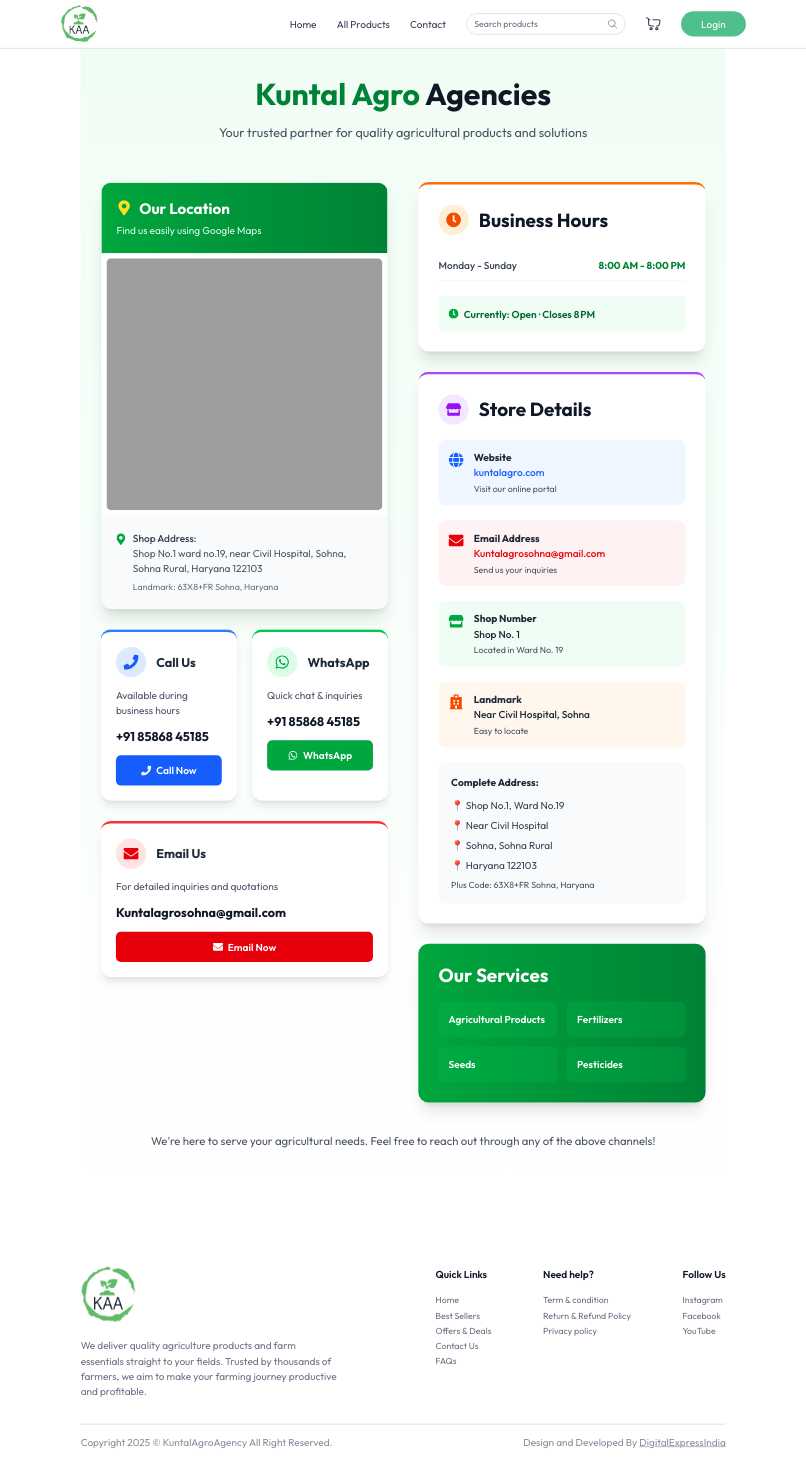
Repository: deepak445566/agro
Page: /contact (app in client/)
These files come from the project's save history. The page is drawn as it stood at one moment and after the next save; the edit follows.
The browser window is 1280 px wide. The pictures show the whole page, at 63% of full size.
Pictures or frames that could not be fetched are drawn as grey boxes. The page's requests for data from a server got no answer. Some web fonts or font styles are not loaded; a fallback is used. The project was rebuilt for these pictures with package versions that can differ from the ones it lists, and the page was loaded fresh each time. No one was signed in, and anything a server would have sent is missing. Also part of the build but not shown: client/vite.config.js, client/src/components/MainBanner.jsx, client/src/components/ProductCard.jsx, client/src/components/BestSeller.jsx, client/src/components/BottomBanner.jsx, client/src/components/NewsLetter.jsx, client/src/components/OurStory.jsx, client/src/components/Reviews.jsx and 19 more.

Above is the page before, as saved 2025-12-23 13:35:57.

### client/index.html
<!doctype html>
<html lang="en">
  <head>
    <meta charset="UTF-8" />
    <link rel="icon" type="image/svg+xml" href="/logo1.png" />
    <meta name="viewport" content="width=device-width, initial-scale=1.0" />
    <title>Kuntal Agro Agencies</title>
  </head>
  <body>
    <div id="root"></div>
    <script type="module" src="/src/main.jsx"></script>
  </body>
</html>

### client/src/main.jsx
import { StrictMode } from 'react'
import { createRoot } from 'react-dom/client'
import './index.css'
import App from './App.jsx'
import {BrowserRouter} from 'react-router-dom'
import { AppContextProvider } from './context/AppContext.jsx'


createRoot(document.getElementById('root')).render(
  <BrowserRouter>
  <AppContextProvider>
    <App />
    </AppContextProvider>
 </BrowserRouter>,
)

### client/src/index.css



@import url('https://fonts.googleapis.com/css2?family=Anton&family=Archivo+Black&family=Bebas+Neue&family=Bungee&family=Exo+2:ital,wght@0,100..900;1,100..900&family=Frijole&family=Kaushan+Script&family=Lilita+One&family=Mozilla+Headline:wght@200..700&family=Outfit:wght@100..900&family=Poppins:ital,wght@0,100;0,200;0,300;0,400;0,500;0,600;0,700;0,800;0,900;1,100;1,200;1,300;1,500;1,600;1,700;1,800;1,900&family=Rowdies:wght@300;400;700&family=Signika+Negative:wght@300..700&display=swap');

@import "tailwindcss";

*{
  font-family: "Outfit", sans-serif;
}
@theme {
  --color-primary:#4fbf8b;
  --color-primary-dull: #44ae7c;
}
/* ખાસ modal transitions */
.modal-enter {
  opacity: 0;
  transform: scale(0.9);
}

.modal-enter-active {
  opacity: 1;
  transform: scale(1);
  transition: opacity 300ms, transform 300ms;
}

.modal-exit {
  opacity: 1;
}

.modal-exit-active {
  opacity: 0;
  transform: scale(0.9);
  transition: opacity 300ms, transform 300ms;
}

### client/src/App.jsx
import React from 'react'
import Navbar from './components/Navbar'
import Home from './pages/Home'
import { Route, Routes, useLocation } from 'react-router-dom'
import { Toaster } from 'react-hot-toast';
import Footer from './components/Footer';
import { useAppContext } from './context/AppContext';
import Login from './components/Login';
import AllProduct from './pages/AllProduct';
import Productcato from './pages/Productcato';
import ProductDetail from './pages/ProductDetail';
import Cart from './pages/Cart';
import Addaddress from './components/Addaddress';
import Myorders from './pages/Myorders';
import SellerLogin from './components/seller/SellerLogin';
import SellerLayout from './pages/seller/SellerLayout';
import Addproduct from './pages/seller/Addproduct';
import ProductList from './pages/seller/ProductList';
import Order from './pages/seller/Order';
import Loading from './components/Loading';
import TermsAndConditions from './pages/Term';
import ReturnRefundPolicy from './pages/Return';
import PrivacyPolicy from './pages/Policy';
import Contact from './components/Contact';

function App() {
  const isSellerPath = useLocation().pathname.includes("seller");
  const {showLogin,isSeller} = useAppContext();

  return (
    <>
      <div className='text-default min-h-screen text-gray-700 bg-white'>
        {isSellerPath ? null : <Navbar/>}
        {showLogin ? <Login/> : null}
        <Toaster></Toaster>
        <div className={` ${isSellerPath ? " ":"px-6 md:px-16 lg:px-24 xl:px-32" }`}>
          <Routes>
            <Route path='/' element={<Home/>}/>
            <Route path='/products' element={<AllProduct/>}/>

            {/* सबसे specific route पहले - subcategory route */}
            <Route path='/products/:category/:subcategory' element={<Productcato/>}/>

            {/* फिर category route */}
            <Route path='/products/:category' element={<Productcato/>}/>

            {/* Product detail के लिए अलग route pattern */}
            <Route path='/product/:id' element={<ProductDetail/>}/>

            <Route path='/cart' element={<Cart/>}/>
            <Route path='/add-address' element={<Addaddress/>}/>
            <Route path='/myOrders' element={<Myorders/>}/>
            <Route path="/loader" element={<Loading/>}/>
            <Route path="/term" element={<TermsAndConditions/>}/>
            <Route path="/return" element={<ReturnRefundPolicy/>}/>
            <Route path='/policy' element={<PrivacyPolicy/>}/>
<Route path='/contact' element={<Contact/>}/>
            <Route path='/seller' element={isSeller?<SellerLayout/> :<SellerLogin/>}>
              <Route index element={isSeller?<Addproduct/>:null} />
              <Route path='product-list' element={isSeller?<ProductList/>:null} />
              <Route path='orders' element={<Order/>}/>
            </Route>
          </Routes>
        </div>
        {!isSellerPath && <Footer />}
      </div>
    </>
  )
}

export default App;

### client/src/context/AppContext.jsx
import { createContext, useContext, useEffect, useState } from "react";
import { useNavigate } from "react-router-dom";

import toast from "react-hot-toast";
import axios from "axios";


axios.defaults.withCredentials = true;
axios.defaults.baseURL = import.meta.env.VITE_BACKEND_URL;






export const AppContext = createContext();

export const AppContextProvider = ({ children }) => {
  const navigate = useNavigate();

  const [user, setUser] = useState(null);
  const [isSeller, setIsSeller] = useState(false);
  const [showLogin, setShowLogin] = useState(false);
  const [products, setProducts] = useState([]);
  const [cartItems, setCartItems] = useState({});
  const [search, setSearch] = useState({});

  //status//
const fetchSeller = async () => {
  try {
    const { data } = await axios.get("/api/seller/isauth");

    if (data.success) {
      setIsSeller(true);

    } else {
      setIsSeller(false);
      console.log("Seller not authenticated:", data.message);
    }
  } catch (error) {
    console.error("Error checking seller auth:", error);
    setIsSeller(false);
  }
};





  const fetchUser = async ()=>{
    try {
      const {data} = await axios.get('/api/user/isauth');
      if(data.success){
        setUser(data.user)
        setCartItems(data.user.cartItems)

      }
    } catch (error) {
      setUser(null)
    }
  }


  // Fetch products
  const fetchProducts = async () => {
   try{
const {data} = await axios.get("/api/product/list")
if(data.success){
  setProducts(data.products)
}else{
  toast.error(data.message)
}
   }catch(error){
toast.error(error.message)
   }
  };

  // Add to cart
  const addToCart = (itemId) => {
    let cartData = structuredClone(cartItems);
    if (cartData[itemId]) {
      cartData[itemId] += 1;
    } else {
      cartData[itemId] = 1;
    }
    setCartItems(cartData);
    console.log(cartItems);
    toast.success("Added to Cart");
  };

  // Update cart quantity
  const updateCart = (itemId, quantity) => {
    let cartData = structuredClone(cartItems);
    if (quantity <= 0) {
      delete cartData[itemId];
    } else {
      cartData[itemId] = quantity;
    }
    setCartItems(cartData);
  };

  // Remove product from cart completely
  const removeFromCart = (itemId) => {
    let cartData = structuredClone(cartItems);
    if (cartData[itemId]) {
      delete cartData[itemId];
      setCartItems(cartData);
      toast.success("Removed from Cart");
    }
  };

  const getcount = () => {
    let totalcount = 0;
    for (const item in cartItems) {
      totalcount += cartItems[item];
    }
    return totalcount;
  };

  const gettotal = () => {
    let totalAmount = 0;
    for (const itemId in cartItems) {
      let itemInfo = products.find((pro) => pro._id === itemId);
      if (itemInfo && cartItems[itemId] > 0) {
        totalAmount += itemInfo.offerPrice * cartItems[itemId]; // ✅ fixed property name
      }
    }
    return Math.floor(totalAmount * 100) / 100;
  };

  useEffect(() => {
    fetchSeller()
    fetchUser()
    fetchProducts()
  }, []);
//databasecrt items//
useEffect(()=>{
const updateCart = async () => {
  try {
    const { data } = await axios.post('/api/cart/update', {
      userId: user._id,   // make sure user object has _id
      cartItems
    });
    if (!data.success) {
      toast.error(data.message);
    }
  } catch (error) {
    toast.error(error.message);
  }
};

if(user){
  updateCart()
}


},[cartItems])



  const value = {
    navigate,
    user,
    setUser,
    isSeller,
    setIsSeller,
    showLogin,
    setShowLogin,
    products,
    addToCart,
    updateCart,
    removeFromCart, // ⬅ new function
    cartItems,
    search,
    setSearch,
    getcount,
    gettotal,
    axios,
    fetchProducts,
    setCartItems
  };

  return <AppContext.Provider value={value}>{children}</AppContext.Provider>;
};

// Custom hook
export const useAppContext = () => {
  return useContext(AppContext);
};

### client/src/components/Footer.jsx
import React from 'react'
import { assets, footerLinks } from '../assets/assets'

function Footer() {
  return (
 <>
  <div className="px-6 md:px-16 lg:px-24 xl:px-32 mt-24">
            <div className="flex flex-col md:flex-row items-start justify-between gap-10 py-10 border-b border-gray-500/30 text-gray-500">
                <div>
                    <img className="w-34 md:w-22" src="/logo1.png" alt="dummyLogoColored" />
                    <p className="max-w-[410px] mt-6">We deliver quality agriculture products and farm essentials straight to your fields. Trusted by thousands of farmers, we aim to make your farming journey productive and profitable.</p>
                </div>
                <div className="flex flex-wrap justify-between w-full md:w-[45%] gap-5 ">
                    {footerLinks.map((section, index) => (
                        <div key={index}>
                            <h3 className="font-semibold text-base text-gray-900 md:mb-5 mb-2">{section.title}</h3>
                            <ul className="text-sm space-y-1">
                                {section.links.map((link, i) => (
                                    <li key={i}>
                                        <a href={link.url} className="hover:underline transition">{link.text}</a>
                                    </li>
                                ))}
                            </ul>
                        </div>
                    ))}
                </div>
            </div>
            <div className='flex justify-between'>
    <p className="py-4 text-center text-sm md:text-base text-gray-500/80">
        Copyright 2025 © <a href="#" className="hover:text-gray-700">KuntalAgroAgency</a> All Right Reserved.
    </p>
    <p className="py-4 text-center text-sm md:text-base text-gray-500/80">
        Design and Developed By <a
            href="https://www.digitalexpressindia.com"
            target="_blank"
            rel="noopener noreferrer"
            className="hover:text-gray-700 underline"
        >
            DigitalExpressIndia
        </a>
    </p>
</div>
        </div>

 </>
  )
}

export default Footer

Loaded but not shown: client/src/assets/assets.js (196 lines, source omitted); client/src/components/Contact.jsx (258 lines, source omitted); client/src/components/Navbar.jsx (396 lines, source omitted)

After the next save:
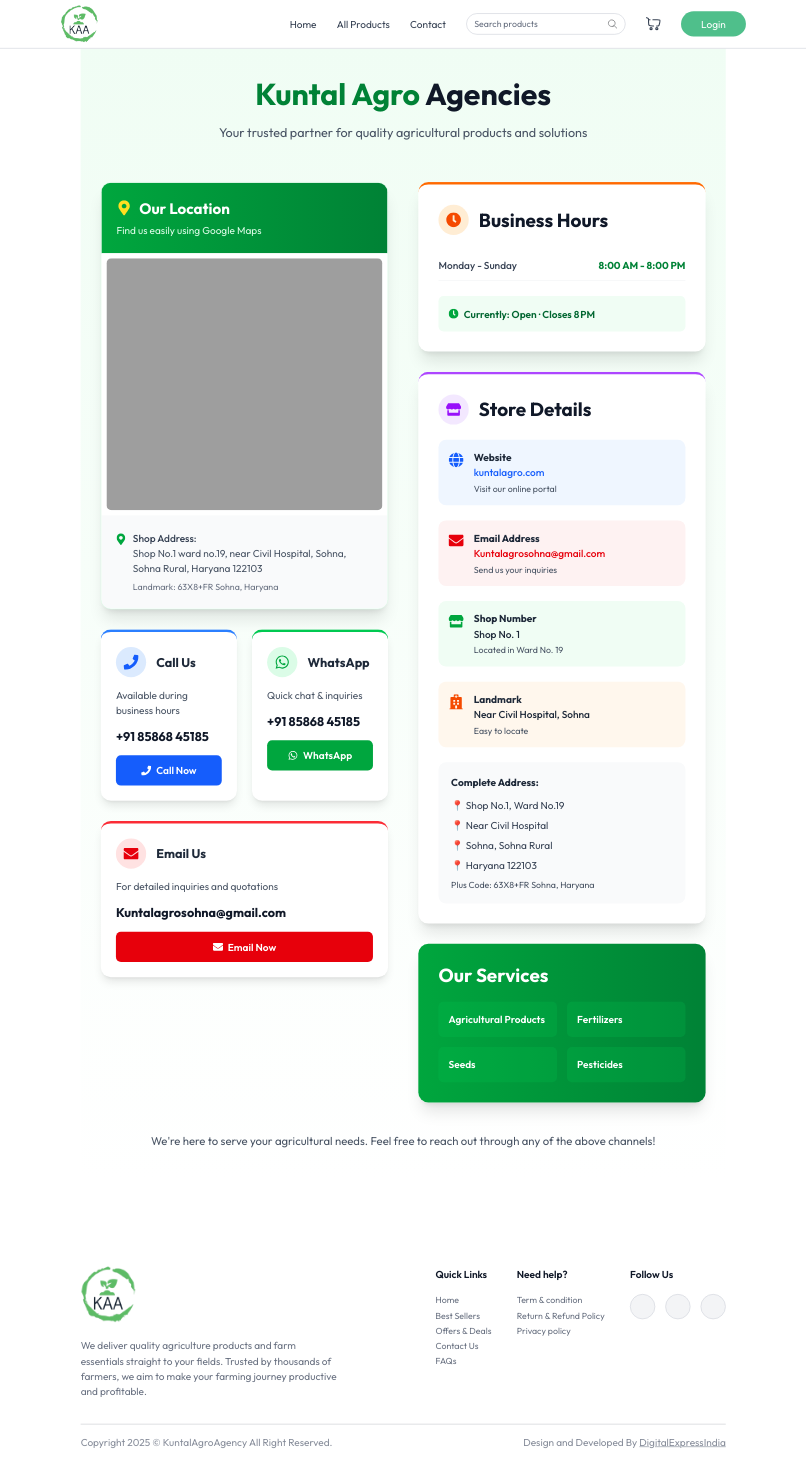
Saved 17 s later.
--- a/client/src/components/Footer.jsx
+++ b/client/src/components/Footer.jsx
@@ -1,48 +1,105 @@
 import React from 'react'
-import { assets, footerLinks } from '../assets/assets'
+import { footerLinks } from '../assets/assets'
 
 function Footer() {
+  // Social media data with icons (using Font Awesome classes)
+  const socialMedia = [
+    {
+      name: "Instagram",
+      url: "https://www.instagram.com/kuntalagroexpert?igsh=b2MyMjRoMnVoa2Q=",
+      icon: "fab fa-instagram",
+      color: "hover:bg-pink-500 hover:text-white"
+    },
+    {
+      name: "Facebook",
+      url: "https://www.facebook.com/share/1Bixr7msU4/",
+      icon: "fab fa-facebook-f",
+      color: "hover:bg-blue-600 hover:text-white"
+    },
+    {
+      name: "YouTube",
+      url: "https://youtube.com/@kuntalagroexperts?si=Q0dwg80979FnKLTj",
+      icon: "fab fa-youtube",
+      color: "hover:bg-red-600 hover:text-white"
+    }
+  ]
+
   return (
- <>
-  <div className="px-6 md:px-16 lg:px-24 xl:px-32 mt-24">
-            <div className="flex flex-col md:flex-row items-start justify-between gap-10 py-10 border-b border-gray-500/30 text-gray-500">
-                <div>
-                    <img className="w-34 md:w-22" src="/logo1.png" alt="dummyLogoColored" />
-                    <p className="max-w-[410px] mt-6">We deliver quality agriculture products and farm essentials straight to your fields. Trusted by thousands of farmers, we aim to make your farming journey productive and profitable.</p>
+    <div className="px-6 md:px-16 lg:px-24 xl:px-32 mt-24">
+      <div className="flex flex-col md:flex-row items-start justify-between gap-10 py-10 border-b border-gray-500/30 text-gray-500">
+        <div>
+          <img className="w-34 md:w-22" src="/logo1.png" alt="dummyLogoColored" />
+          <p className="max-w-[410px] mt-6">
+            We deliver quality agriculture products and farm essentials straight to your fields.
+            Trusted by thousands of farmers, we aim to make your farming journey productive and profitable.
+          </p>
+        </div>
+
+        <div className="flex flex-wrap justify-between w-full md:w-[45%] gap-5">
+          {footerLinks.map((section, index) => (
+            <div key={index}>
+              <h3 className="font-semibold text-base text-gray-900 md:mb-5 mb-2">
+                {section.title}
+              </h3>
+
+              {/* Check if this is the "Follow Us" section */}
+              {section.title === "Follow Us" ? (
+                <div className="flex gap-4 mt-2">
+                  {socialMedia.map((social, i) => (
+                    <a
+                      key={i}
+                      href={social.url}
+                      target="_blank"
+                      rel="noopener noreferrer"
+                      className={`w-10 h-10 rounded-full bg-gray-100 flex items-center justify-center
+                                text-gray-600 transition-all duration-300 ${social.color}
+                                border border-gray-300 hover:border-transparent`}
+                      aria-label={`Follow us on ${social.name}`}
+                      title={social.name}
+                    >
+                      <i className={social.icon}></i>
+                    </a>
+                  ))}
                 </div>
-                <div className="flex flex-wrap justify-between w-full md:w-[45%] gap-5 ">
-                    {footerLinks.map((section, index) => (
-                        <div key={index}>
-                            <h3 className="font-semibold text-base text-gray-900 md:mb-5 mb-2">{section.title}</h3>
-                            <ul className="text-sm space-y-1">
-                                {section.links.map((link, i) => (
-                                    <li key={i}>
-                                        <a href={link.url} className="hover:underline transition">{link.text}</a>
-                                    </li>
-                                ))}
-                            </ul>
-                        </div>
-                    ))}
-                </div>
+              ) : (
+                // Render regular links for other sections
+                <ul className="text-sm space-y-1">
+                  {section.links.map((link, i) => (
+                    <li key={i}>
+                      <a href={link.url} className="hover:underline transition">
+                        {link.text}
+                      </a>
+                    </li>
+                  ))}
+                </ul>
+              )}
             </div>
-            <div className='flex justify-between'>
-    <p className="py-4 text-center text-sm md:text-base text-gray-500/80">
-        Copyright 2025 © <a href="#" className="hover:text-gray-700">KuntalAgroAgency</a> All Right Reserved.
-    </p>
-    <p className="py-4 text-center text-sm md:text-base text-gray-500/80">
-        Design and Developed By <a
+          ))}
+        </div>
+      </div>
+
+      <div className='flex flex-col md:flex-row justify-between items-center py-4'>
+        <p className="text-center text-sm md:text-base text-gray-500/80 mb-4 md:mb-0">
+          Copyright 2025 ©{" "}
+          <a href="#" className="hover:text-gray-700">
+            KuntalAgroAgency
+          </a>{" "}
+          All Right Reserved.
+        </p>
+
+        <p className="text-center text-sm md:text-base text-gray-500/80">
+          Design and Developed By{" "}
+          <a
             href="https://www.digitalexpressindia.com"
             target="_blank"
             rel="noopener noreferrer"
             className="hover:text-gray-700 underline"
-        >
+          >
             DigitalExpressIndia
-        </a>
-    </p>
-</div>
-        </div>
-
- </>
+          </a>
+        </p>
+      </div>
+    </div>
   )
 }
 
